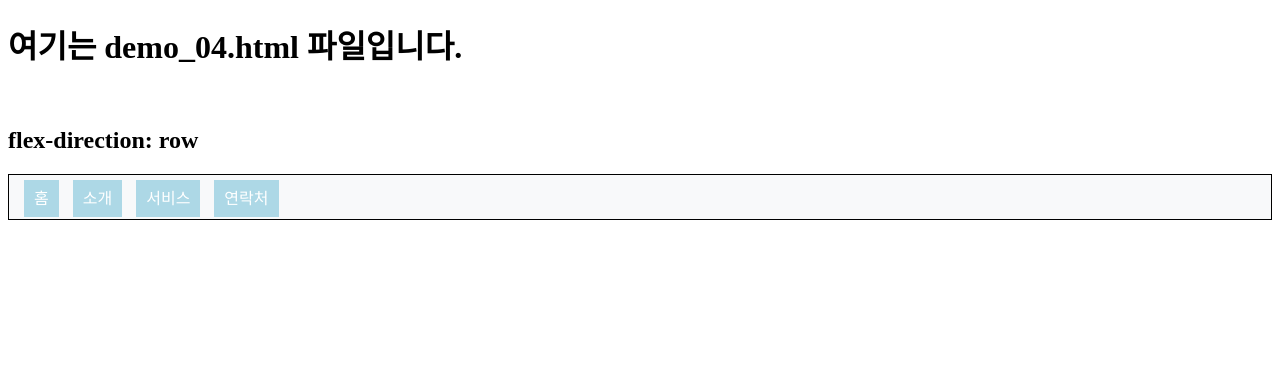
Repository: kimmingyeong225/totalJSP
Page: class_flexbox_011/src/main/webapp/demo_04.html
An editor plug-in stored every save of this project. The page is shown before and after the next save, followed by the edit.
The browser window is 1280 px wide. The pictures show the whole page.

Above is the page before, as saved 2024-07-01 01:18:48.

### class_flexbox_011/src/main/webapp/demo_04.html
<!DOCTYPE html>
<html>
<head>
<meta charset="UTF-8">
<title></title>

<style type="text/css">

	.navbar {
		direction: flex;
		border: 1px solid black;
		background-color: #f8f9fa;
		padding: 10px;
	}

	.nav-item {
		margin: 5px;
		padding: 10px;
		background-color: lightblue;
		color: white;
		text-align: center;
		boder-radius: 4px;
		text-decoration: none;
	}

</style>
</head>
<body>
 	<!--  http://localhost:8080/demo1/demo_04.html  -->
    <h1>여기는 demo_04.html 파일입니다.</h1>
    <br>

    <h2>flex-direction: row</h2>
   	<div class="navbar">
   		<a href="#home" class="nav-item">홈</a>
   		<a href="#about" class= "nav-item">소개</a>
   		<a href="#services" class="nav-item">서비스</a>
   		<a href="#contact" class="nav-item">연락처</a>
   	</div>




</body>
</html>

After the next save:
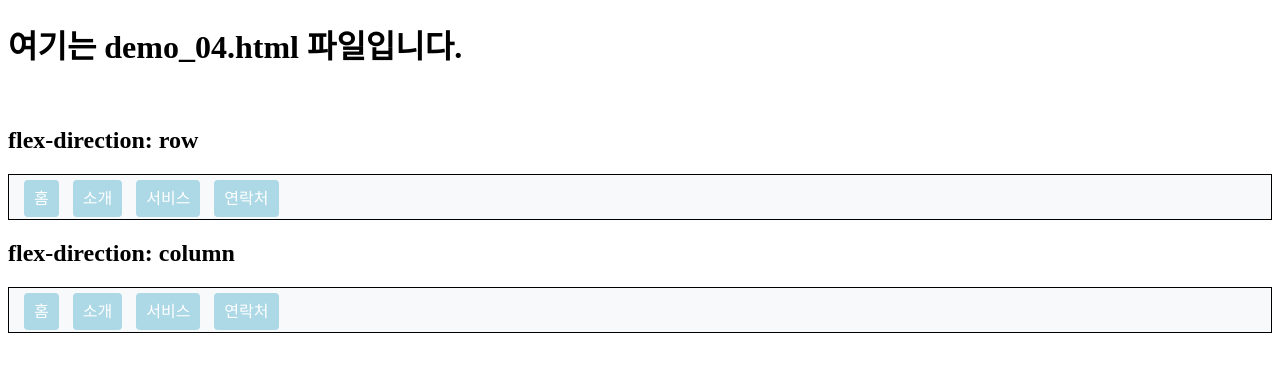
Saved 3 min 10 s later.
--- a/class_flexbox_011/src/main/webapp/demo_04.html
+++ b/class_flexbox_011/src/main/webapp/demo_04.html
@@ -19,8 +19,9 @@
 		background-color: lightblue;
 		color: white;
 		text-align: center;
-		boder-radius: 4px;
+		border-radius: 4px;
 		text-decoration: none;
+
 	}
 
 </style>
@@ -31,6 +32,14 @@
     <br>
 
     <h2>flex-direction: row</h2>
+   	<div class="navbar" style="flex-direction: column; ">
+   		<a href="#home" class="nav-item">홈</a>
+   		<a href="#about" class= "nav-item">소개</a>
+   		<a href="#services" class="nav-item">서비스</a>
+   		<a href="#contact" class="nav-item">연락처</a>
+   	</div>
+
+	<h2>flex-direction: column</h2>
    	<div class="navbar">
    		<a href="#home" class="nav-item">홈</a>
    		<a href="#about" class= "nav-item">소개</a>
@@ -39,7 +48,5 @@
    	</div>
 
 
-
-
 </body>
 </html>
